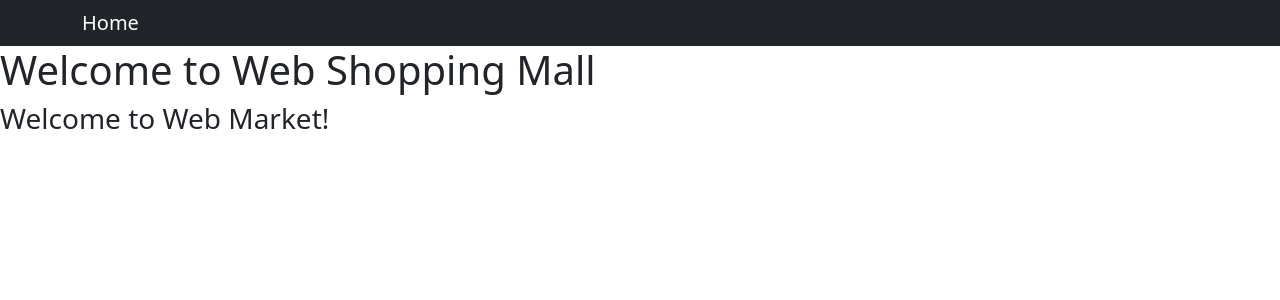
Repository: ekslffh/jsp-project
Page: http://localhost/WebMarket/welcome.jsp
An editor plug-in stored every save of this project. The page is shown before and after a run of saves, followed by the edit.
The browser window is 1280 px wide. The pictures show the whole page.
The page is served by Tomcat 9.

Above is the page before, as saved 2022-06-30 16:33:05.

After the next 2 saves:
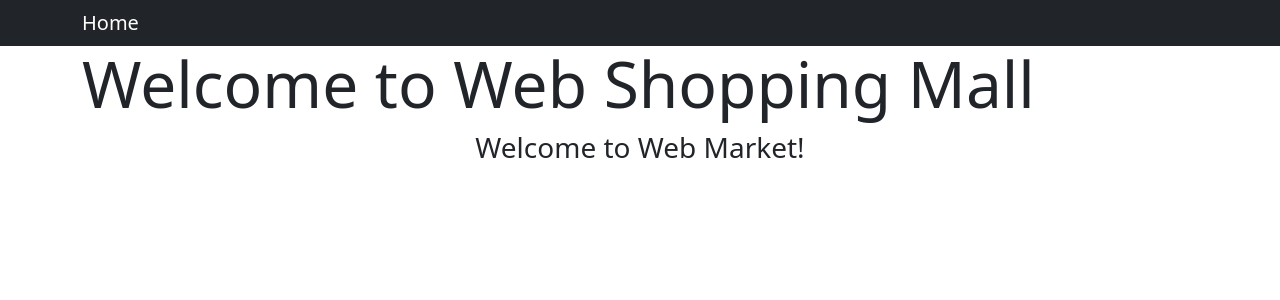
The 2 saves are shown as one change because they came seconds apart.
The last was saved 2 min 33 s later.
--- a/WebMarket/src/main/webapp/welcome.jsp
+++ b/WebMarket/src/main/webapp/welcome.jsp
@@ -15,7 +15,19 @@
 		String greeting = "Welcome to Web Shopping Mall";
 		String tagline = "Welcome to Web Market!";
 	%>
-	<h1> <%= greeting %> </h1>
-	<h3> <%= tagline %> </h3>
+	<div class = "jumbotron">
+		<div class = "container">
+			<h1 class = "display-3">
+				<%= greeting %>
+			</h1>
+		</div>
+	</div>
+	<div class = "container">
+		<div class = "text-center">
+			<h3>
+				<%= tagline %>
+			</h3>
+		</div>
+	</div>
 </body>
 </html>
